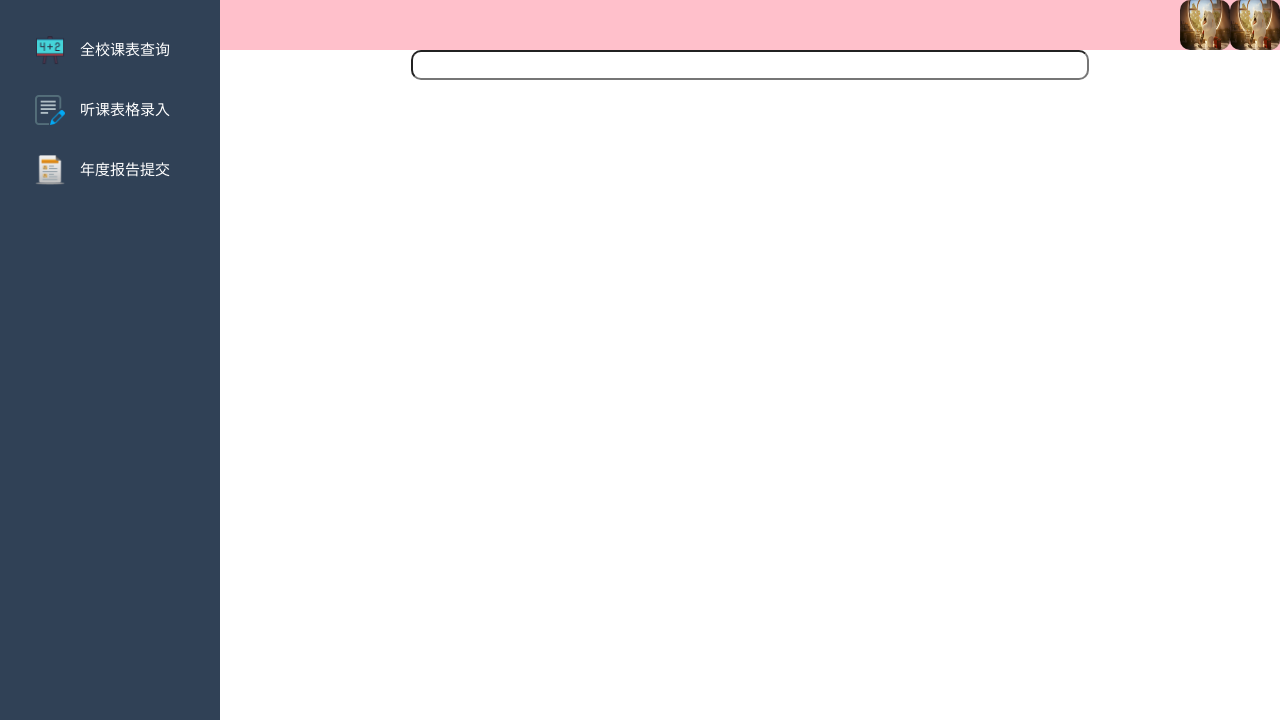
Repository: shandamengcheng/graduate-project
Page: /home/search
The author's editor kept a copy of each file at every save. The page is drawn from the files as they stood at one save, then again after the next save.
The browser window is 1280 px wide. The pictures show the whole page.
The project was rebuilt for these pictures with package versions that can differ from the ones it lists, and the page was loaded fresh each time. Also part of the build but not shown: src/views/Login.vue.

Above is the page before, as saved 2021-03-11 17:34:13.

After the next save:
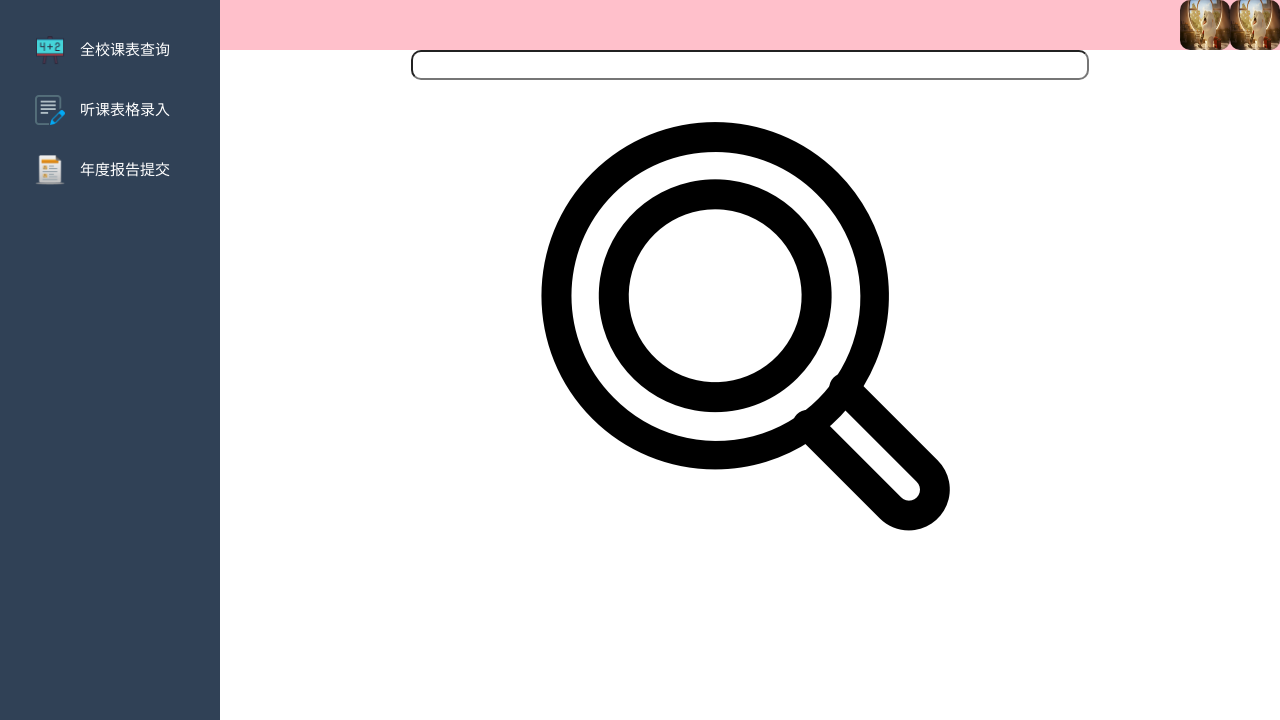
Saved 105 min 10 s later.
--- a/src/components/Search.vue
+++ b/src/components/Search.vue
@@ -1,6 +1,7 @@
 <template>
   <div class="Search">
     <input type="search" />
+    <img src="@/assets/search.png" >
   </div>
 </template>
 
